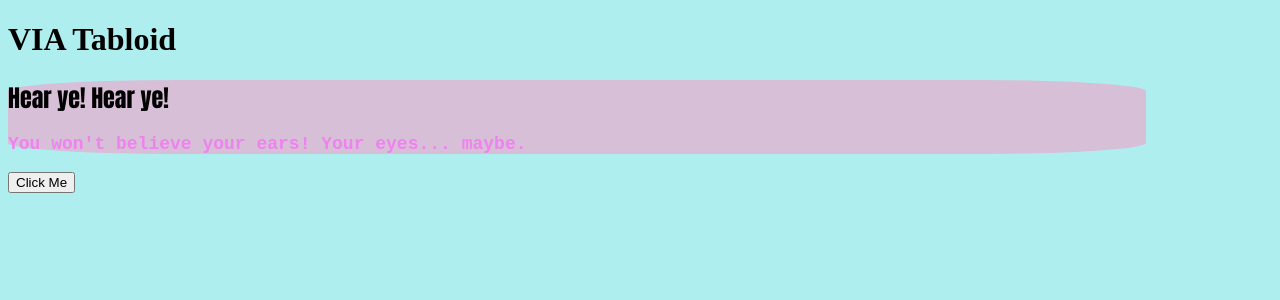
Repository: pimbp/doc_assign
Page: Frontend/index.html
These files come from the project's save history. The page is drawn as it stood at one moment and after the next save; the edit follows.
The browser window is 1280 px wide. The pictures show the whole page.

Above is the page before, as saved 2026-02-25 18:06:09.

### Frontend/index.html
<!DOCTYPE html>
<html>
<head>
    <link rel="stylesheet" href="style/fancy.css">
</head>
<body>
    <h1>VIA Tabloid</h1>
    <div id="sensational">

        Hear ye! Hear ye!
        <p>
            You won't believe your ears! Your eyes... maybe.
        </p>

    </div>
    <button onclick="myFunction()">Click Me</button>
    <script src="functions/funct.js"></script>
</body>
</html>

### Frontend/style/fancy.css
body { background-color: paleturquoise; }

#sensational {
    font-family: Impact, Haettenschweiler, 'Arial Narrow Bold', sans-serif;
    font-size: 24px;
    color: black;
    font-weight: bold;

    max-width: 90%;
    background-color: thistle;
    border-radius: 15%;
}
#sensational p {
    font-family: 'Courier New', Courier, monospace;
    font-size: 18px;
    color: violet;
}

### Frontend/functions/funct.js
function myFunction() { alert('Connected!'); }

After the next save:
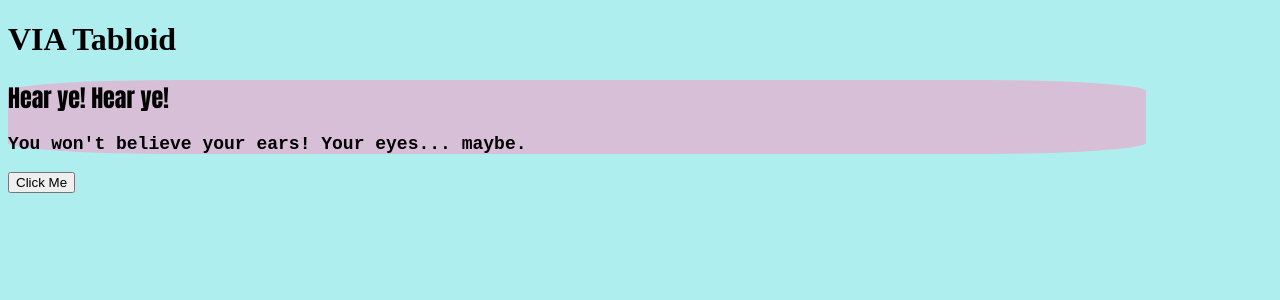
Saved 19 s later.
--- a/Frontend/style/fancy.css
+++ b/Frontend/style/fancy.css
@@ -13,5 +13,4 @@ body { background-color: paleturquoise; }
 #sensational p {
     font-family: 'Courier New', Courier, monospace;
     font-size: 18px;
-    color: violet;
 }
